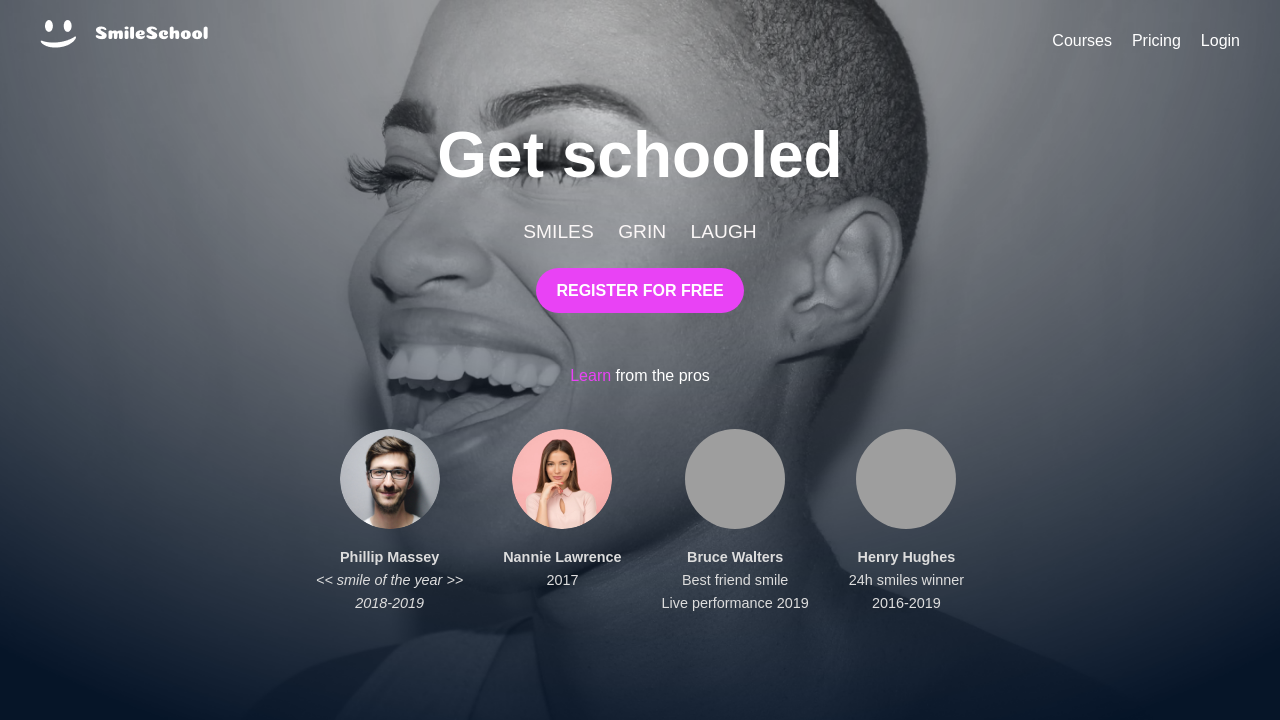
Repository: Patience225/alx_html_css
Page: css_advanced/index.html
These files come from the project's save history. The page is drawn as it stood at one moment and after a run of saves; the edit follows.
The browser window is 1280 px wide. The pictures show the whole page.
Pictures or frames that could not be fetched are drawn as grey boxes.

Above is the page before, as saved 2025-01-03 21:46:18.

### css_advanced/index.html
<!DOCTYPE html>
<html lang="en">
<head>
    <meta charset="UTF-8">
    <meta name="viewport" content="width=device-width, initial-scale=1.0">
    <title>SmileSchool</title>
    <link rel="stylesheet" href="styles.css">
</head>
<body>
    <header class="header">
        <nav class="navbar">
            <div class="logo"> <img src="images/logo.png" alt="Logo" /></div>
            <ul class="nav-links">
                <li><a href="#">Courses</a></li>
                <li><a href="#">Pricing</a></li>
                <li><a href="#">Login</a></li>
            </ul>
        </nav>
    </header>

    <section class="banner">
        <div class="banner-content">
            <h1>Get schooled</h1>
            <div class="subtext">
                <span>SMILES</span>
                <span>GRIN</span>
                <span>LAUGH</span>
            </div>
            <a href="#" class="cta-button">REGISTER FOR FREE</a>
        </div>
        <div class="learn-pros">
            <p> <span>Learn</span> from the pros </p>
        </div>
        <div class="profiles">
            <div class="profile">
                <img src="images/Philip Massey.png" alt="Phillip Massey">
                <p><strong>Phillip Massey</strong><br> <em> << smile of the year >> </em> <br> <em>2018-2019</em> </p>
            </div>
            <div class="profile">
                <img src="images/Nannie Lawrence.png" alt="Nannie Lawrence">
                <p><strong>Nannie Lawrence</strong><br><em<br>2017</p>
            </div>
            <div class="profile">
                <img src="profile3.jpg" alt="Bruce Walters">
                <p><strong>Bruce Walters</strong><br>Best friend smile<br>Live performance 2019</p>
            </div>
            <div class="profile">
                <img src="profile4.jpg" alt="Henry Hughes">
                <p><strong>Henry Hughes</strong><br>24h smiles winner<br>2016-2019</p>
            </div>
        </div>
    </section>
</body>
</html>

### css_advanced/styles.css
/* Reset Styles */
* {
  margin: 0;
  padding: 0;
  box-sizing: border-box;
}

body {
  font-family: Arial, sans-serif;
  line-height: 1.6;
  background: #000; /* Fallback background */
  color: white;
}

/* Header */
.header {
  position: absolute;
  top: 0;
  left: 0;
  width: 100%;
  z-index: 10;
  padding: 20px 40px;
}

.navbar {
  display: flex;
  justify-content: space-between;
  align-items: center;
}

.logo {
  font-size: 1.5rem;
  font-weight: bold;
}

.nav-links {
  list-style: none;
  display: flex;
  gap: 20px;
}

.nav-links li a {
  text-decoration: none;
  color: white;
  font-weight: 500;
}

/* Banner Section */
.banner {
  background: url('images/Object.png') no-repeat center/cover;
  height: 100vh;
  display: flex;
  flex-direction: column;
  align-items: center;
  justify-content: center;
  text-align: center;
  position: relative;
  color: white;
}

.banner h1 {
  font-size: 4rem;
  font-weight: bold;
  margin-bottom: 10px;
}

.subtext span {
  margin: 0 10px;
  font-size: 1.2rem;
  color: #fbf7f7;
}

.cta-button {
  display: inline-block;
  background: #e942f5;
  color: white;
  padding: 10px 20px;
  text-decoration: none;
  border-radius: 25px;
  margin: 20px 0;
  font-weight: bold;
}

.learn-pros {
  margin-top: 30px;
}

.learn-pros span {
  color: #e942f5;
}

.profiles {
  display: flex;
  justify-content: center;
  gap: 40px;
  margin-top: 40px;
}

.profile {
  text-align: center;
}

.profile img {
  width: 100px;
  height: 100px;
  border-radius: 50%;
  margin-bottom: 10px;
}

.profile p {
  font-size: 0.9rem;
  color: #ddd;
}

After the next 2 saves:
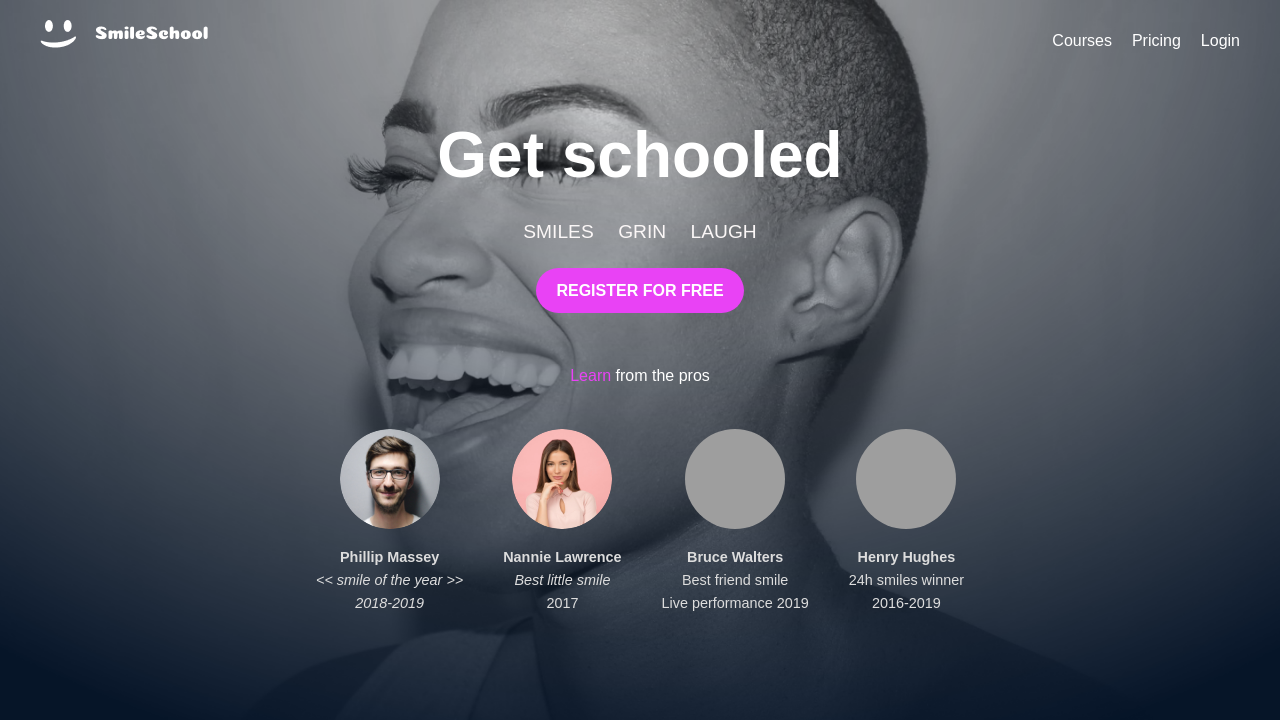
The 2 saves are shown as one change because they came seconds apart.
The last was saved 6 s later.
--- a/css_advanced/index.html
+++ b/css_advanced/index.html
@@ -38,7 +38,7 @@
             </div>
             <div class="profile">
                 <img src="images/Nannie Lawrence.png" alt="Nannie Lawrence">
-                <p><strong>Nannie Lawrence</strong><br><em<br>2017</p>
+                <p><strong>Nannie Lawrence</strong><br><em>Best little smile</em><br>2017</p>
             </div>
             <div class="profile">
                 <img src="profile3.jpg" alt="Bruce Walters">
